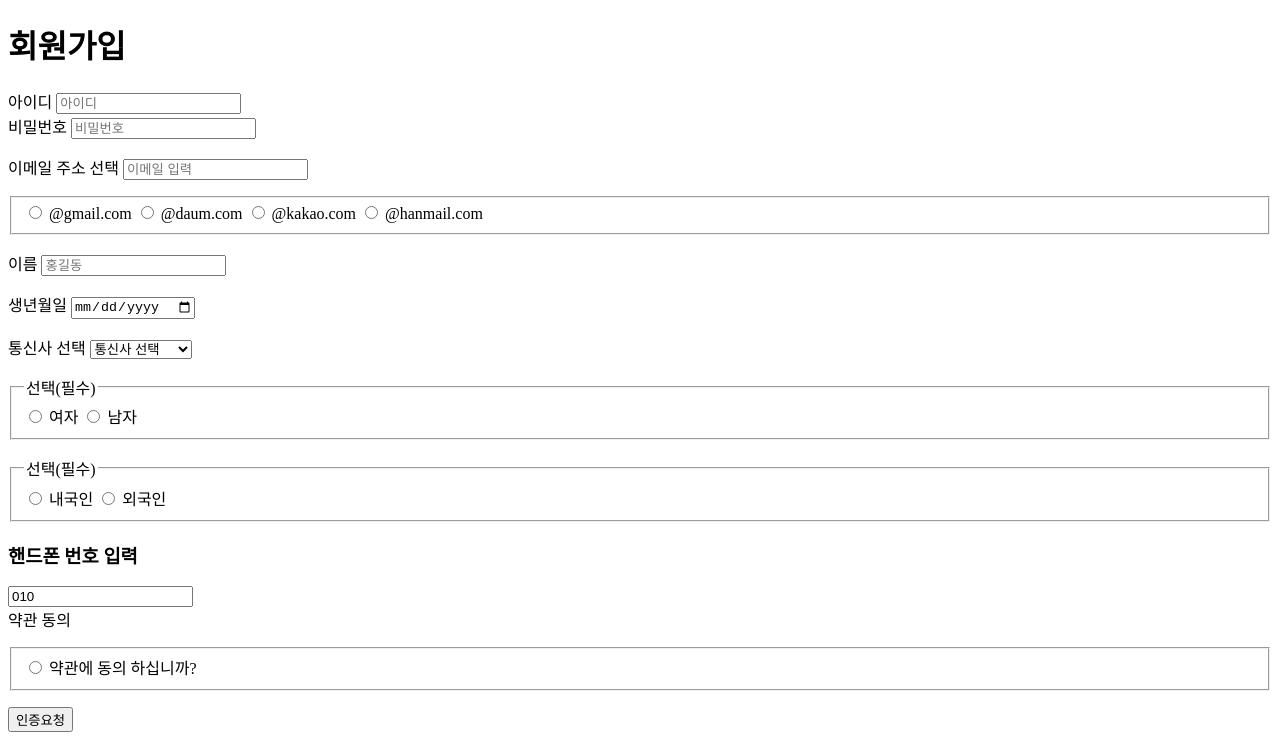
Repository: guswnsdldl/gb
Page: html workspace/h_form/src/main/webapp/join.html
These files come from the project's save history. The page is drawn as it stood at one moment and after the next save; the edit follows.
The browser window is 1280 px wide. The pictures show the whole page.

Above is the page before, as saved 2024-08-06 08:16:16.

After the next save:
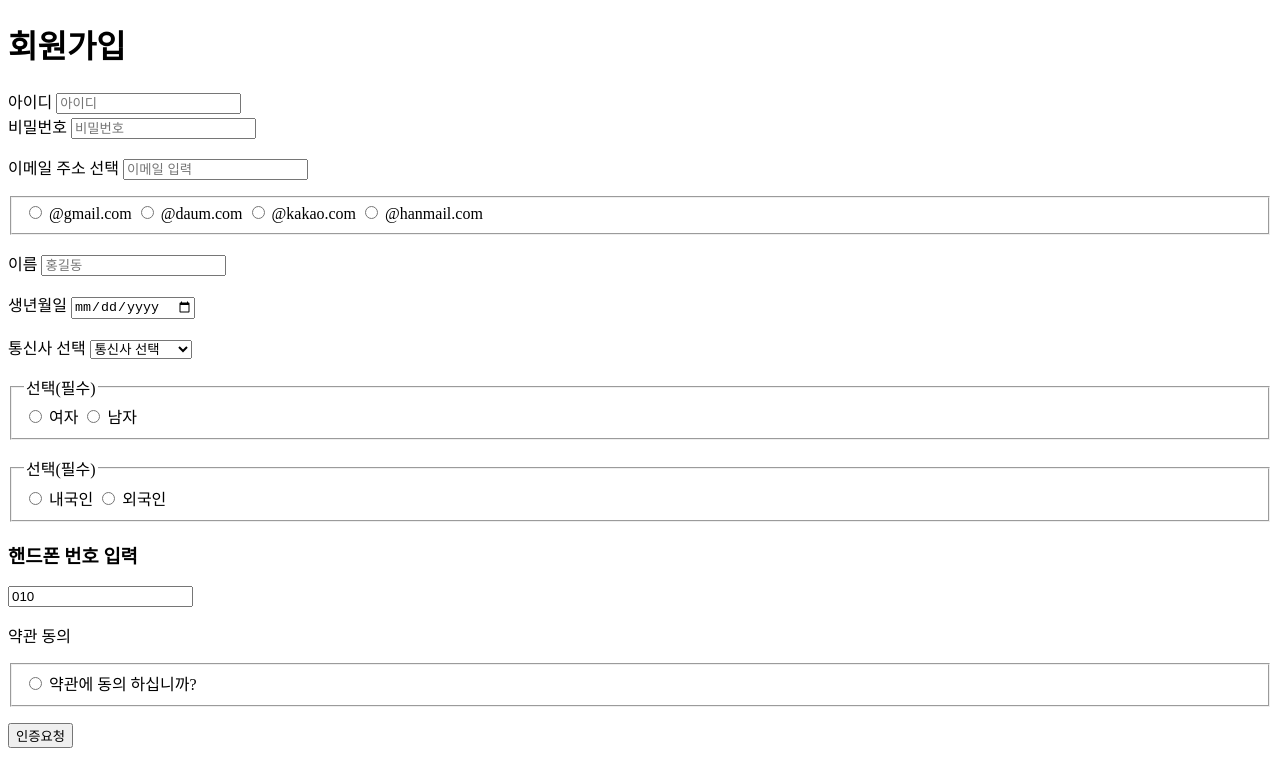
Saved 28 s later.
--- a/html workspace/h_form/src/main/webapp/join.html
+++ b/html workspace/h_form/src/main/webapp/join.html
@@ -70,8 +70,8 @@
 <input type="tel" name="user-telephone" placeholder="전화번호" value="010" required>
 </div>
 
-<div> 약관 동의
-<p> <fieldset>
+<div><p> 약관 동의
+ <fieldset>
  <label> <input type="radio" name="agree" value="agree">
             약관에 동의 하십니까?</label>
 </fieldset>
